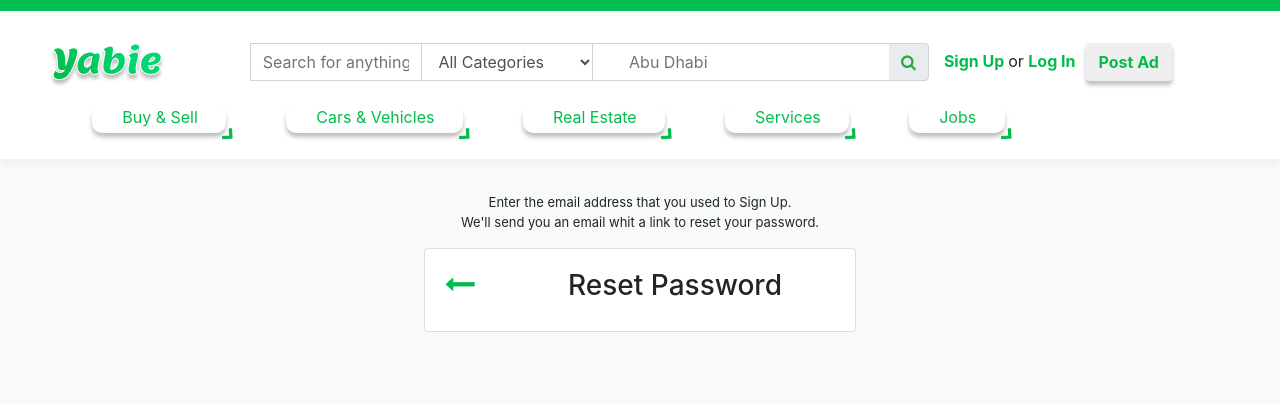
Repository: muazzamkha95/yabie
Page: forgot-password.html
An editor plug-in stored every save of this project. The page is shown before and after the next save, followed by the edit.
The browser window is 1280 px wide. The pictures show the whole page.

Above is the page before, as saved 2020-07-09 15:59:43.
Console error: TypeError: Cannot read properties of undefined (reading 'fn')

After the next save:
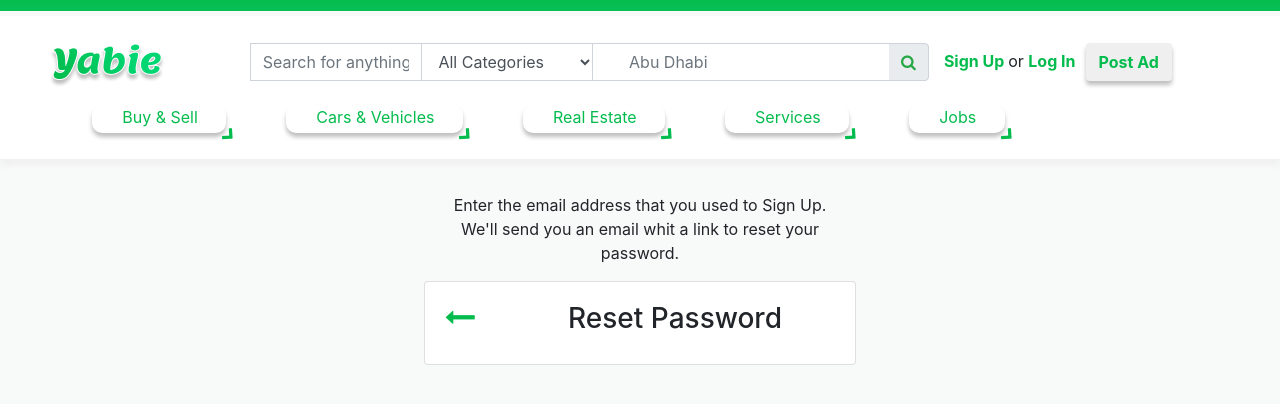
Saved 8 s later.
--- a/forgot-password.html
+++ b/forgot-password.html
@@ -64,7 +64,7 @@
         <main  role="main" class="mainSection">
             <div class="container d-flex justify-content-center" >
                     <div class="col-md-5">
-                        <p style="font-size: small;" class="text-center">Enter the email address that you used to Sign Up.<br> We'll send you an email whit a link to reset your password.</p>
+                        <p style="font-size: normal;" class="text-center">Enter the email address that you used to Sign Up.<br> We'll send you an email whit a link to reset your password.</p>
                         <div class="card" style="padding: 20px;">
                             <div class="row">
                                 <div class="col-md-2">
